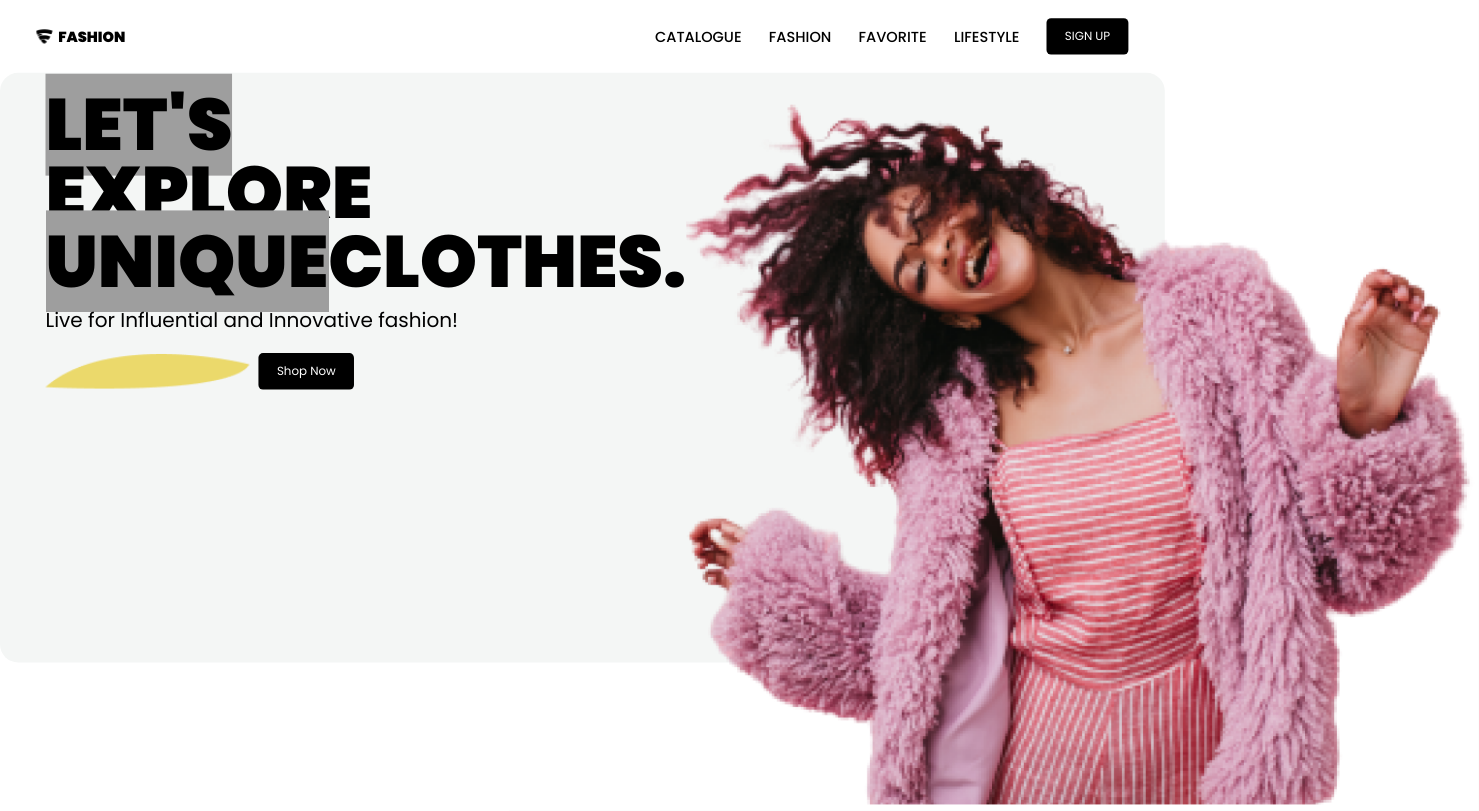
Repository: isaacCodes1/FashionSite
Page: index.html
The author's editor kept a copy of each file at every save. The page is drawn from the files as they stood at one save, then again after the next save.
The browser window is 1280 px wide. The page is 1625 px wide, then 1314 px, so the pictures cover 1625 px, including what lies to the right of the window. The pictures show the whole page, at 91% of full size.
Pictures or frames that could not be fetched are drawn as grey boxes.

Above is the page before, as saved 2024-03-11 16:39:29.

### index.html
<!DOCTYPE html>
<html lang="en">
  <head>
    <meta charset="UTF-8" />
    <meta name="viewport" content="width=device-width, initial-scale=1.0" />
    <title>Shopping Site Assignment</title>
    <link rel="stylesheet" href="style.css">
  </head>
  <body>
    <header>
      <nav>
        <div class="image">
          <a href="#"><img src="/Assets/Vector.png" />FASHION</a>
        </div>
        <div class="navItems">
          <ul>
            <li><a href="#">CATALOGUE</a></li>
            <li><a href="#">FASHION</a></li>
            <li><a href="#">FAVORITE</a></li>
            <li><a href="#">LIFESTYLE</a></li>
          </ul>
          <button>SIGN UP</button>
        </div>
      </nav>
    </header>
    <main>
      <section class="firstPageCont">
        <div class="FirstPage">
          <div class="txtCont">
            <h1>
              <span class="spn1">LET'S <br></span>EXPLORE <br>
              <span class="spn2">UNIQUE</span>CLOTHES.
            </h1>
            <p>Live for Influential and Innovative fashion!</p>
            <div class="txtBtn">
              <img src="/Assets/Vector 9.png" alt="" />
              <button class="btns">Shop Now</button>
            </div>
          </div>
          <div class="imgCont">
            <img src="/Assets/girl.png" alt="" />
          </div>
        </div>
      </section>
    </main>
  </body>
</html>

### style.css
@import url("https://fonts.googleapis.com/css2?family=Poppins:ital,wght@0,100;0,200;0,300;0,400;0,500;0,600;0,700;0,800;0,900;1,100;1,200;1,300;1,400;1,500;1,600;1,700;1,800;1,900&display=swap");
* {
  margin: 0;
  padding: 0;
  box-sizing: border-box;
  font-family: "Poppins", sans-serif;
}
nav {
  display: flex;
  align-items: center;
  justify-content: space-between;
  width: 100%;
  padding: 20px 40px;
}
.image a {
  display: flex;
  align-items: center;
  gap: 6px;
  text-decoration: none;
  color: #000;
  font-size: 16px;
  font-weight: 900;
}
.image a img{
    width: 16%;
}
.navItems{
    display: flex;
    gap: 30px;
    align-items: center;
}
.navItems ul{
    display: flex;
    gap: 30px;
    list-style: none;
}
.navItems ul li a{
    text-decoration: none;
    color: #000;
    font-size: 16px;
    font-weight: 500;
}
.navItems li:hover{
    transform: scale(1.05);
    transition: 1s ease-in-out;
}
.navItems button{
    border: 0;
    background: #000;
    padding: 10px 20px;
    color: #fff;
    border-radius: 5px;
    font-size: 13px;
}
.navItems button:hover{
    transform: scale(1.05);
    transition: 1s ease-in-out;
    color: #000;
    background: rgb(137, 136, 136);
}
/* firstPageCtn */
.FirstPage {
    display: flex;
    flex: 1;
    width: 100%;
    height: 90vh;
    padding: 20px 10px 0px 10px;
    border-radius: 20px;
    background: #f4f6f5;
}
.txtCont {
    display: flex;
    flex: 0.5;
    flex-direction: column;
    gap: 10px;
    padding-left: 40px;
}
.txtCont h1{
    font-size: 80px;
    font-weight: 900;
    width: 50%;
    line-height: 75px;
}
.txtCont p{
    font-size: 22px;
}
.txtBtn{
    display: flex;
    align-items: center;
    width: 80%;
    margin-top: 10px;
    gap: 10px;
}
.btns{
    border: 0;
    background: #000;
    padding: 10px 20px;
    color: #fff;
    border-radius: 5px;
    font-size: 13px;
}
.btns:hover{
    transform: scale(1.05);
    transition: 1s ease-in-out;
    color: #000;
    background: rgb(137, 136, 136);
}
.txtBtn img{
    flex: 0.5;
    display: flex;
}
.spn1{
    background-image: url(/Assets/Rectangle\ 3.png);
    background-size: cover;
}
.spn2{
    background-image: url(/Assets/Rectangle\ 6.png);
}

After the next save:
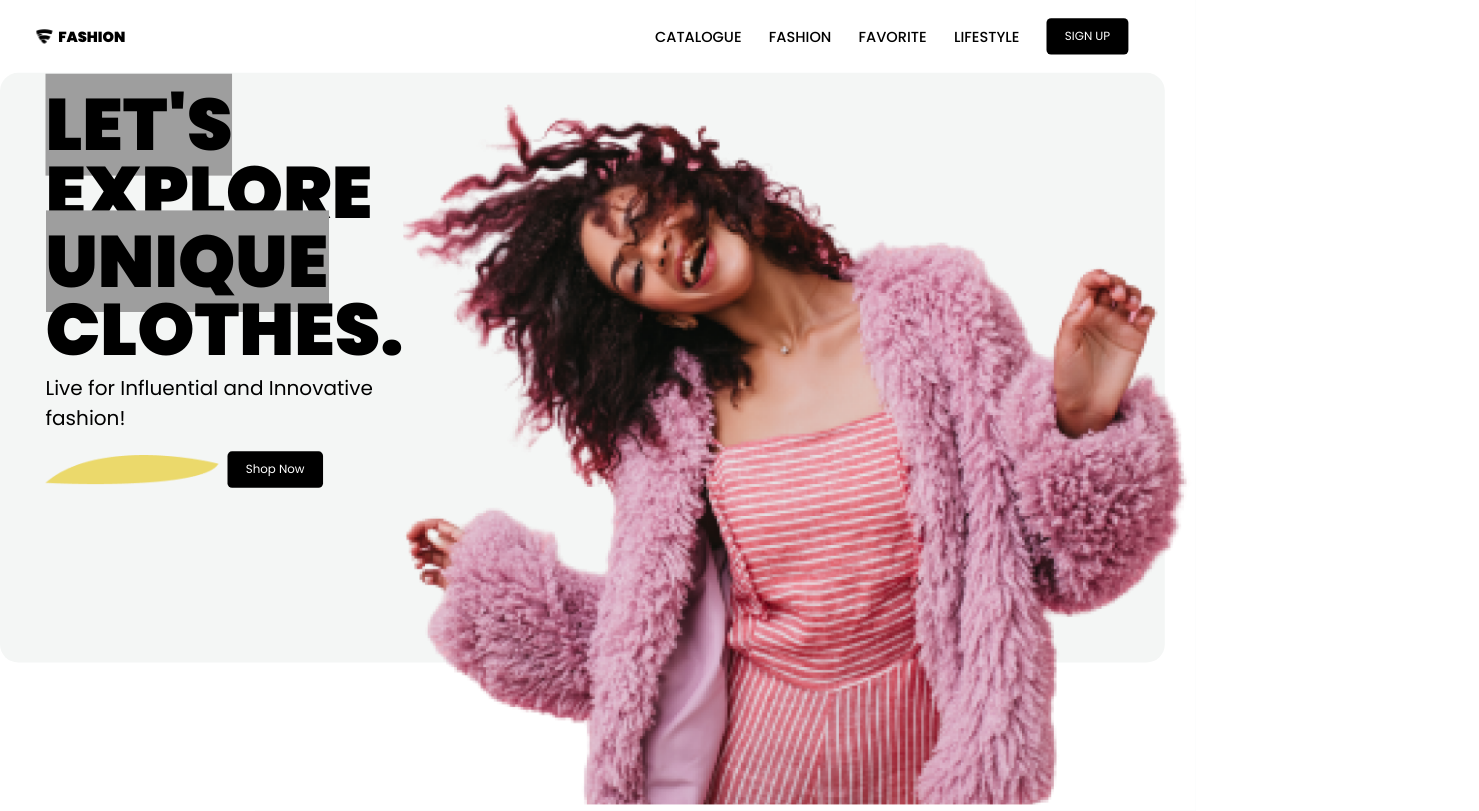
Saved 13 s later.
--- a/index.html
+++ b/index.html
@@ -29,7 +29,7 @@
           <div class="txtCont">
             <h1>
               <span class="spn1">LET'S <br></span>EXPLORE <br>
-              <span class="spn2">UNIQUE</span>CLOTHES.
+              <span class="spn2">UNIQUE <br></span>CLOTHES.
             </h1>
             <p>Live for Influential and Innovative fashion!</p>
             <div class="txtBtn">
